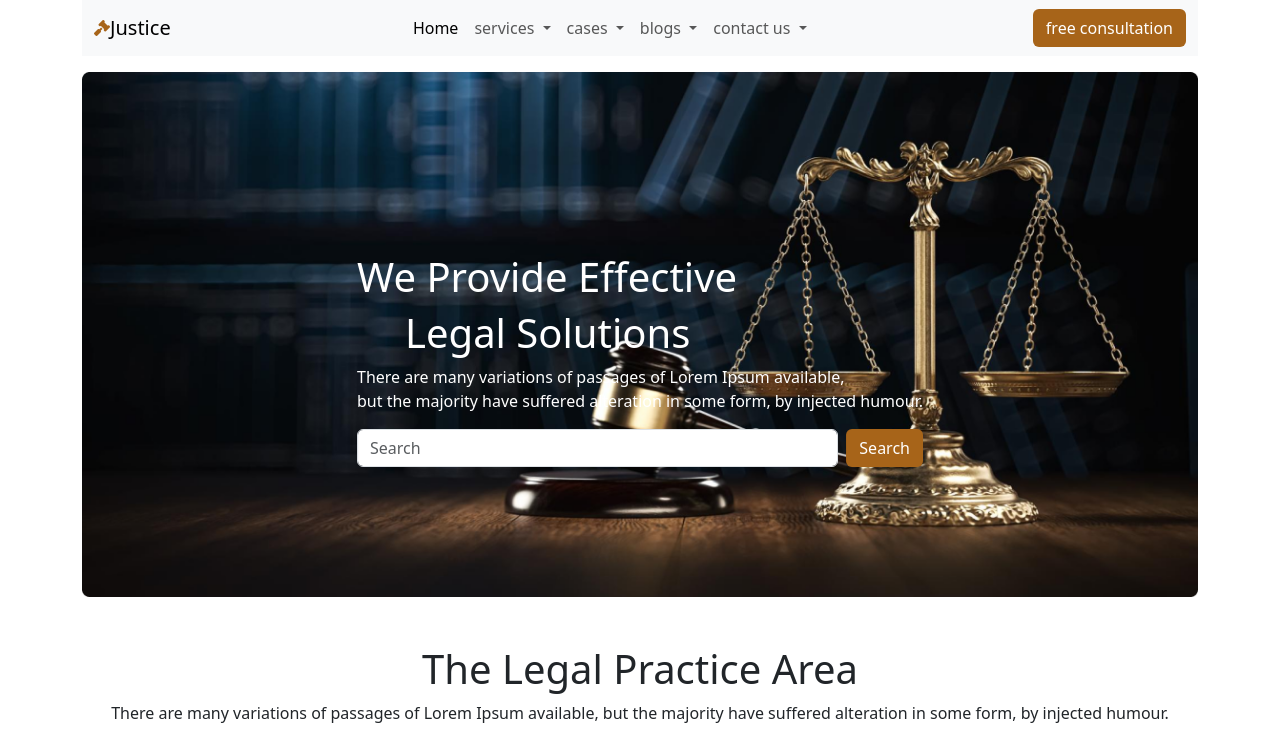
Repository: sadiaafsana138/justice
Page: index.html
The author's editor kept a copy of each file at every save. The page is drawn from the files as they stood at one save, then again after the next save.
The browser window is 1280 px wide. The pictures show the whole page.
Some web libraries are served in a nearby version.

Above is the page before, as saved 2023-01-25 18:49:01.

After the next save:
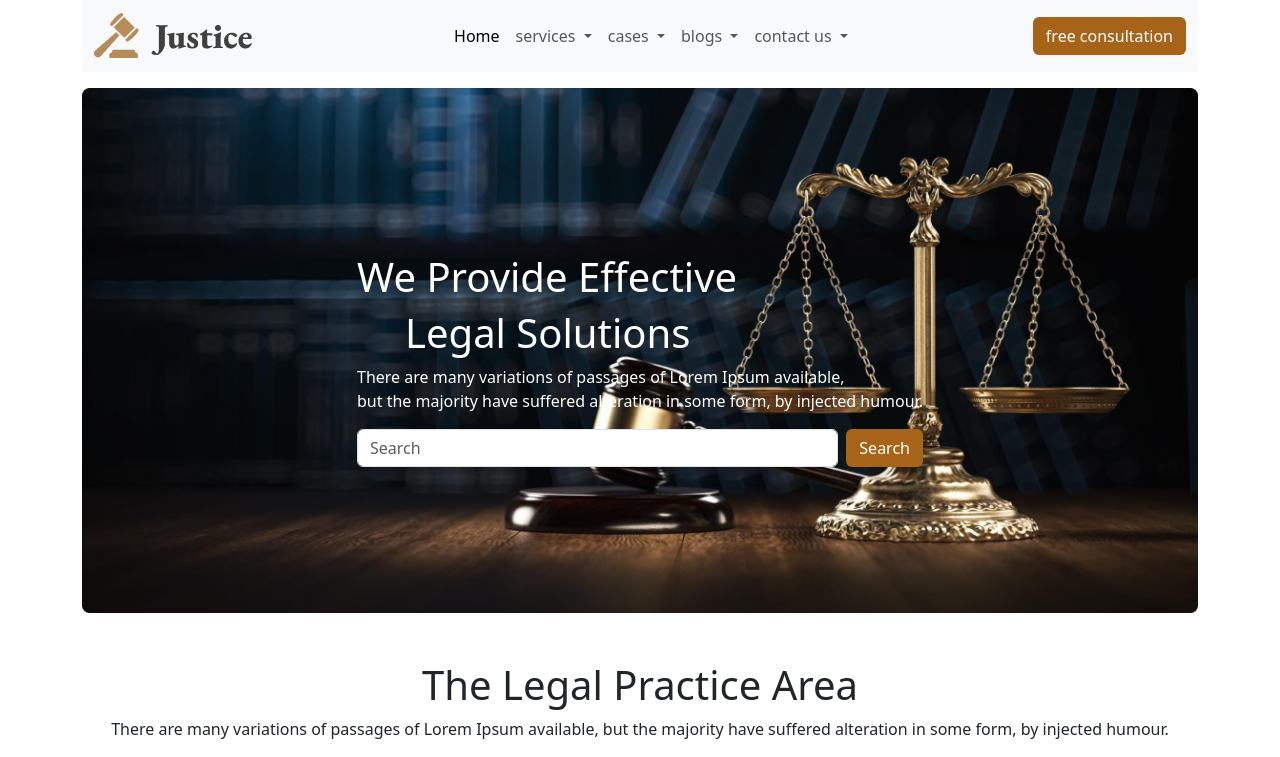
Saved 4 min 13 s later.
--- a/index.html
+++ b/index.html
@@ -19,10 +19,11 @@
     <header class="container-lg">
         <nav class="navbar navbar-expand-lg bg-body-tertiary">
             <div class="container-fluid d-flex">
-                <!--JUSTICE ICON-->
-                <i class="fa-solid fa-gavel primary-color"></i>
+
                 <!--NAVBAR HEADING-->
-                <a class="navbar-brand" href="#">Justice</a>
+                <a class="navbar-brand" href="#">
+                    <img src="images/logo2.png" alt="">
+                </a>
                 <button class="navbar-toggler" type="button" data-bs-toggle="collapse"
                     data-bs-target="#navbarSupportedContent" aria-controls="navbarSupportedContent"
                     aria-expanded="false" aria-label="Toggle navigation">
